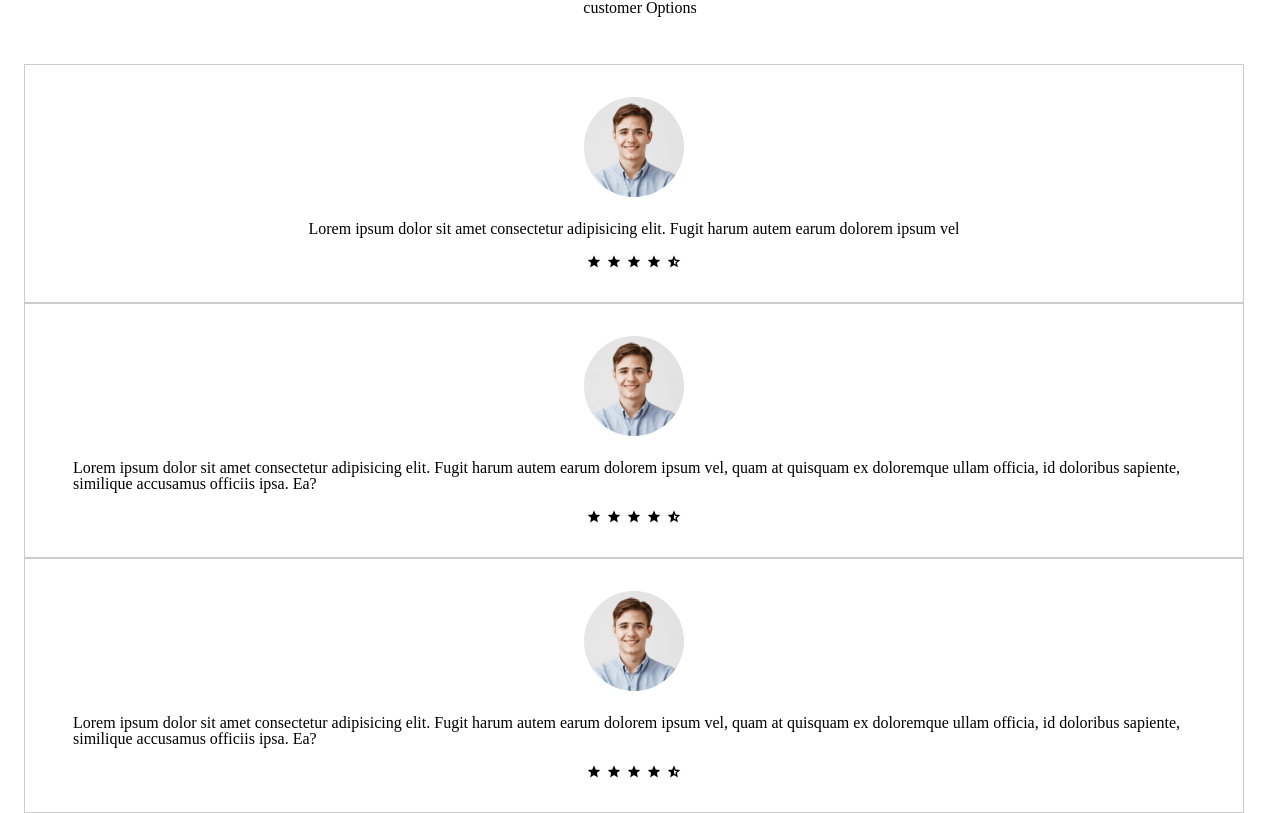
Repository: dinhhaidh/slider-3
Page: index.html
The author's editor kept a copy of each file at every save. The page is drawn from the files as they stood at one save, then again after a run of saves.
The browser window is 1280 px wide. The pictures show the whole page.

Above is the page before, as saved 2024-03-22 20:20:56.

### index.html
<!DOCTYPE html>
<html lang="en">
<head>
    <meta charset="UTF-8">
    <meta name="viewport" content="width=device-width, initial-scale=1.0">
    <title>Document</title>
    <link rel="stylesheet" href="https://cdnjs.cloudflare.com/ajax/libs/remixicon/4.2.0/remixicon.min.css">

    <link rel="stylesheet" href="style.css">

</head>
<body>
    <div class="customer">
        <h3 class="customer__title">customer Options</h3>
        <div class="customer__container container">
            <div class="customer__swiper">
                <div>
                    <article class="customer__article">
                        <img src="./img1.png" alt="image" class="customer__img">

                        <p>
                            Lorem ipsum dolor sit amet consectetur adipisicing elit. Fugit harum autem earum dolorem ipsum vel
                        </p>

                        <div class="customer__star">
                            <i class="ri-star-s-fill"></i>
                            <i class="ri-star-s-fill"></i>
                            <i class="ri-star-s-fill"></i>
                            <i class="ri-star-s-fill"></i>
                            <i class="ri-star-half-s-line"></i>
                        </div>
                    </article>
                    <article class="customer__article">
                        <img src="./img1.png" alt="image" class="customer__img">

                        <p>
                            Lorem ipsum dolor sit amet consectetur adipisicing elit. Fugit harum autem earum dolorem ipsum vel, quam at quisquam ex doloremque ullam officia, id doloribus sapiente, similique accusamus officiis ipsa. Ea?
                        </p>

                        <div class="customer__star">
                            <i class="ri-star-s-fill"></i>
                            <i class="ri-star-s-fill"></i>
                            <i class="ri-star-s-fill"></i>
                            <i class="ri-star-s-fill"></i>
                            <i class="ri-star-half-s-line"></i>
                        </div>
                    </article>
                    <article class="customer__article">
                        <img src="./img1.png" alt="image" class="customer__img">

                        <p>
                            Lorem ipsum dolor sit amet consectetur adipisicing elit. Fugit harum autem earum dolorem ipsum vel, quam at quisquam ex doloremque ullam officia, id doloribus sapiente, similique accusamus officiis ipsa. Ea?
                        </p>

                        <div class="customer__star">
                            <i class="ri-star-s-fill"></i>
                            <i class="ri-star-s-fill"></i>
                            <i class="ri-star-s-fill"></i>
                            <i class="ri-star-s-fill"></i>
                            <i class="ri-star-half-s-line"></i>
                        </div>
                    </article>
                </div>
            </div>
        </div>
    </div>
</body>
</html>

### style.css
*,
*:before,
*:after {
  box-sizing: border-box;
}
* {
  margin: 0;
  padding: 0;
  font: inherit;
}
img,
picture,
svg,
video {
  display: block;
  max-width: 100%;
}
input,
select,
textarea {
  background-color: transparent;
  outline: none;
}
button {
  cursor: pointer;
  background-color: transparent;
  outline: none;
  border: 0;
}
body {
  min-height: 100vh;
  font-weight: 400;
  font-size: 16px;
  line-height: 1;
}


.container{
    max-width: 1220px;
    Margin-inline: 1.5rem;
}


.customer__title{
    text-align: center;
    margin-bottom: 3rem;
}
.customer__container{

}

.customer__swiper{

}
.customer__article{
    display:flex;
    align-items: center;
    justify-content: center;
    flex-direction: column;
    padding: 2rem 3rem 2rem;
    background-color: #fff;
    border: 1px solid #ccc;
}
.customer__img{
    width: 100px;
    border-radius: 50%;
    margin: 0 auto 1.5rem;
}
.customer__article p {
    margin-bottom: 1rem;
}
.customer__star{

}
.ri-star-s-fill{

}
.ri-star-half-s-line{

}

After the next 2 saves:
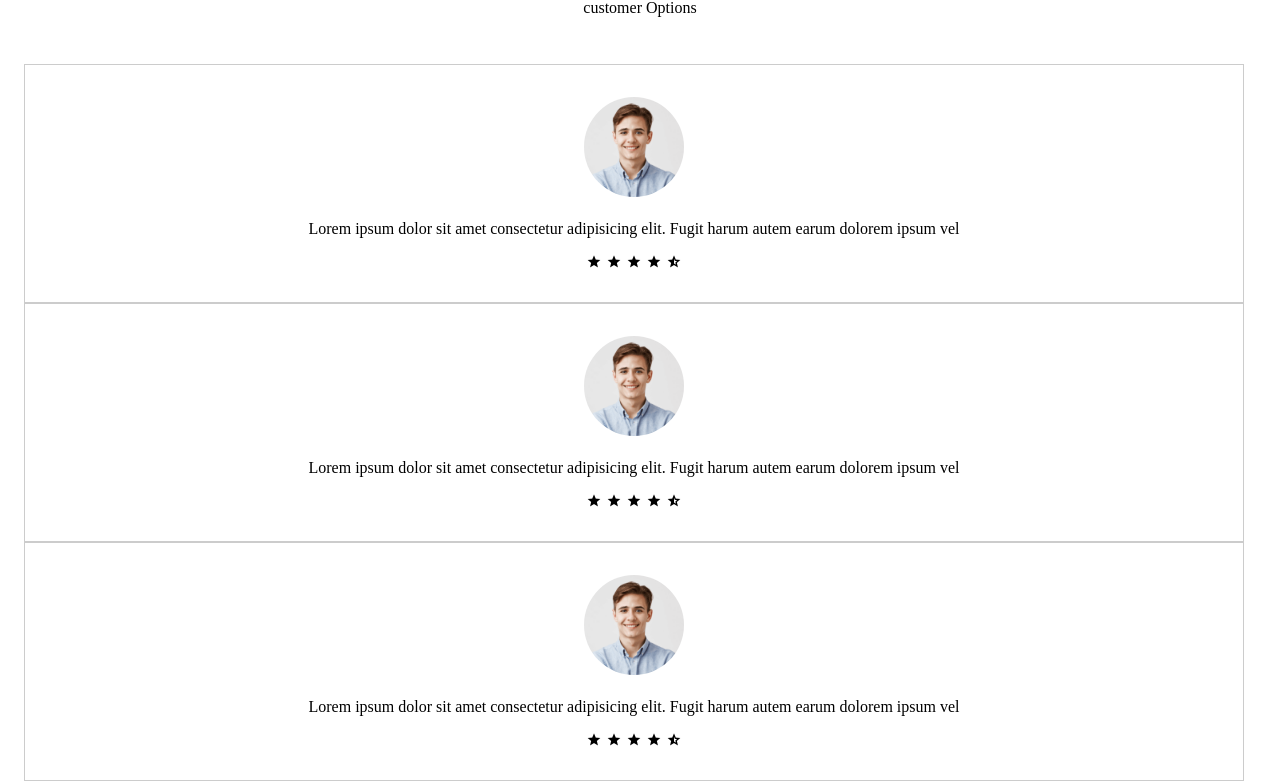
The 2 saves are shown as one change because they came seconds apart.
The last was saved 10 s later.
--- a/index.html
+++ b/index.html
@@ -34,7 +34,7 @@
                         <img src="./img1.png" alt="image" class="customer__img">
 
                         <p>
-                            Lorem ipsum dolor sit amet consectetur adipisicing elit. Fugit harum autem earum dolorem ipsum vel, quam at quisquam ex doloremque ullam officia, id doloribus sapiente, similique accusamus officiis ipsa. Ea?
+                            Lorem ipsum dolor sit amet consectetur adipisicing elit. Fugit harum autem earum dolorem ipsum vel
                         </p>
 
                         <div class="customer__star">
@@ -49,7 +49,7 @@
                         <img src="./img1.png" alt="image" class="customer__img">
 
                         <p>
-                            Lorem ipsum dolor sit amet consectetur adipisicing elit. Fugit harum autem earum dolorem ipsum vel, quam at quisquam ex doloremque ullam officia, id doloribus sapiente, similique accusamus officiis ipsa. Ea?
+                            Lorem ipsum dolor sit amet consectetur adipisicing elit. Fugit harum autem earum dolorem ipsum vel
                         </p>
 
                         <div class="customer__star">
